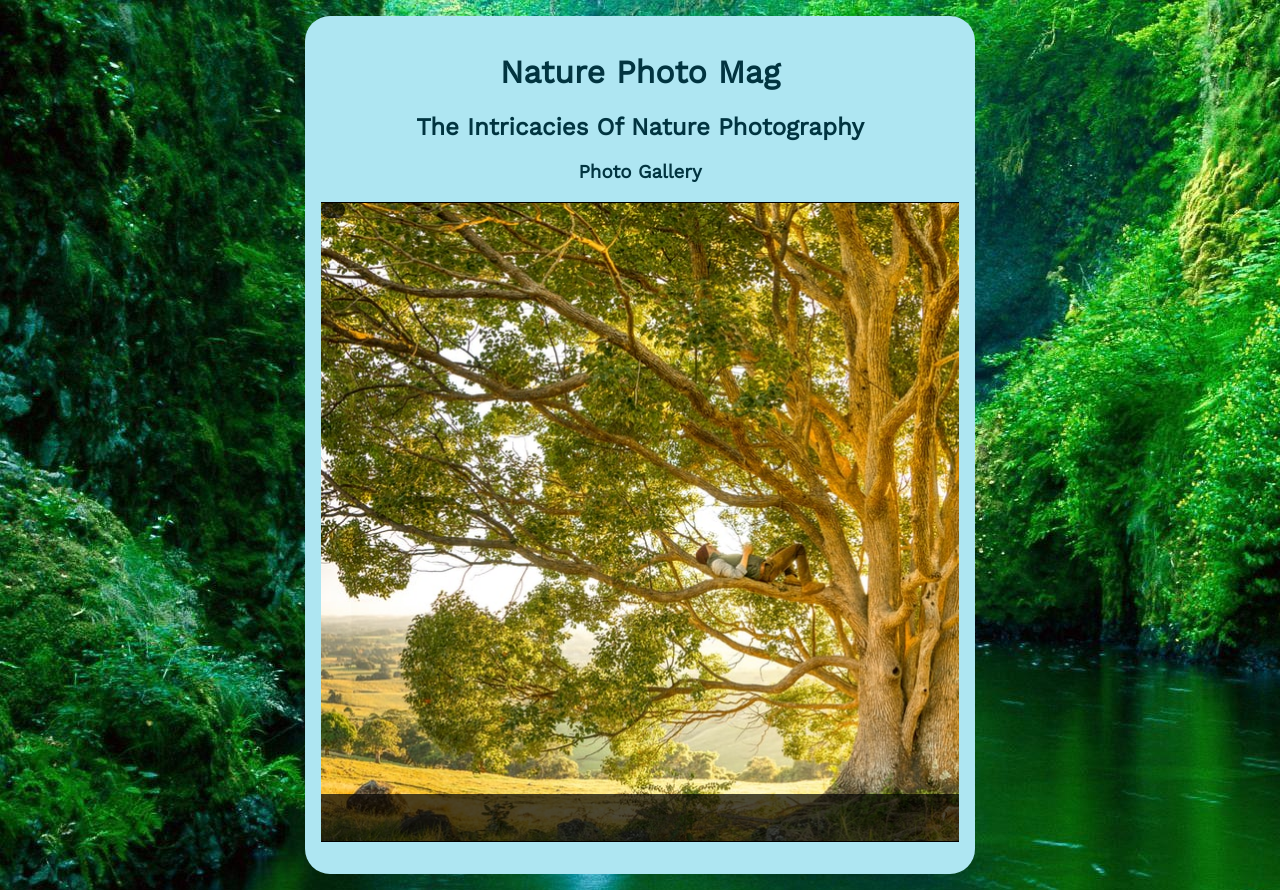
Repository: alexmaddux99/Image-Gallery
Page: index.html
An editor plug-in stored every save of this project. The page is shown before and after the next save, followed by the edit.
The browser window is 1280 px wide. The pictures show the whole page.
Backgrounds fixed to the window are drawn as part of the page.

Above is the page before, as saved 2022-03-10 12:22:37.
Console error: ReferenceError: numb1 is not defined

### index.html
<!DOCTYPE html>
<html lang="en">
<head>
  <meta charset="UTF-8">
  <meta http-equiv="X-UA-Compatible" content="IE=edge">
  <meta name="viewport" content="width=device-width, initial-scale=1.0">
  <title>Nature Photo Mag - The Intricacies Of Nature Photography - Photo Gallery</title>
  <link rel="stylesheet" href="css/main.css">
  <script  src="js/main.js" defer></script>

</head>
<body>

<div class="content">
<h1>Nature Photo Mag</h1>
<h2>The Intricacies Of Nature Photography</h2>
<section>
  <h3>Photo Gallery</h3>

  <figure class="frame">
    <img class="slide current" src="images/1.jpg" alt="Man Sleeping In Tree" numb="1/10">
    <img class="slide" src="images/2.jpg" alt="Sun Peeking Through Trees" numb="2/10">
    <img class="slide" src="images/3.jpg" alt="Couple Looking At Mountain Overlooking Lake">
    <img class="slide" src="images/4.jpg" alt="Northern Lights">
    <img class="slide" src="images/5.jpg" alt="Storm On The Coast">
    <img class="slide" src="images/6.jpg" alt="Mountain Overlooking house">
    <img class="slide" src="images/7.jpg" alt="Aerial Shot of Antartic Landscape">
    <img class="slide" src="images/8.jpg" alt="Close Up Of Crystal">
    <img class="slide" src="images/9.jpg" alt="Aerial Shot Of Remote Landscape">
    <img class="slide" src="images/10.jpg" alt="Aerial Shot Overlooking Ice Berg">



    <figcaption class="caption"></figcaption>

    <div class="numb1"></div>
  </figure>

  <div class="controls">
    <a href="#" class="back-btn">Back</a>
    <a href="#" class="next-btn">Next</a>
  </div>

</section>
</div>

</body>
</html>

### css/main.css
@import url('https://fonts.googleapis.com/css2?family=Lora&family=Work+Sans&display=swap');

* {
  box-sizing:border-box;
}



body {
  color: #013440;
  text-align:center;
  background-image: url(../images/background.jpg);
  background-attachment: fixed;
}

h1, h2, h3{

  font-family: 'Work Sans', sans-serif;

}

section {
  min-height: max-content;
  width: 100%;
  margin: auto;
}

.frame {
  background-color: black;
  position:relative;
  max-width:640px;
  width: 100%;
  height:640px;
  margin: 1rem auto;

}

.slide {
  object-fit: contain;
  width: 100%;
  height: 100%;
  display:block;
  margin-bottom: 2rem;
}


.hide {
  opacity: 0;
  transition: opacity .5s ease-out;
}


.current {
  transition: opacity .5s ease-out;
}


.abs-pos {
  position: absolute;
}

.caption {
  font-family: 'Lora', serif;
  position: absolute;
  z-index: 3;
  color: #fff;
  background: rgba(0, 0, 0, .7);
  bottom: 0;
  width: 100%;
  height: 1rem;
  padding: 1rem 1rem 2rem 1rem;
}

.controls {
  font-family: 'Lora', serif;
  display: none;
}

.content{
  margin: 1rem;
  padding: 1rem;
  background-color: #AEE6F2;
  border-radius: 25px;
}

.numb1{
  padding: 1rem;
  border-radius: 25px;
  background: rgba(0, 0, 0, .7);
  color: #f2f2f2;
  font-size: 12px;
  padding: 8px 12px;
  position: absolute;
  top: 0;
}

@media only screen and (min-width: 768px) {
  .content{
      margin-left: auto;
      margin-right: auto;
      align-content: center;
      max-width: 670px;
  }
  }

### js/main.js
document.addEventListener('DOMContentLoaded', init);
var myInterval = "";

function init() {
  //create shortcut vars
  const back_btn = document.querySelector(".back-btn");
  const next_btn = document.querySelector(".next-btn");
  const frame = document.querySelector(".frame");
  const slides = frame.querySelectorAll("img");
  const caption = document.querySelector(".caption");
  const controls = document.querySelector(".controls");


  //with JS active, hide all images
  slides.forEach((slide) => {
    slide.classList.add("hide", "abs-pos");
  });

  // show the first slide
  slides[0].classList.remove("hide");

  //make the controls work
   next_btn.addEventListener("click",changeSlide);
   back_btn.addEventListener("click", changeSlide);

   // set the caption dynamically
   numb1.innerHTML = figure.firstElementChild.numb;

   //show the controls
   controls.style.display = "block";

   myInterval = setInterval(changeSlide, 5000);
}



function changeSlide(e) {

    // stop link from trying to reload page
    if(e) {
      e.preventDefault();
      clearInterval(myInterval);
    }

    //shortcut vars
    const frame = document.querySelector(".frame");
    const slides = frame.querySelectorAll("img");
    const caption = document.querySelector(".caption");
    const numb1 = document.querySelector(".numb1")
    let showing = document.querySelector(".current");
    let nextUp = "";

    if(!e || e.target.className == 'next-btn') {
      nextUp = showing.nextElementSibling;
    }else{
      nextUp = showing.previousElementSibling;
    }


    // deactivate current image
    showing.classList.toggle("hide");
    showing.classList.toggle("current");

    //make sure next image is there
    if (!nextUp) {
      nextUp = slides[slides.length - 1];
    }

    if (nextUp.nodeName !== "IMG") {
      nextUp = slides[0];
    }

    // activate next image
    nextUp.classList.toggle("hide");
    nextUp.classList.toggle("current");

    //change caption text
    caption.innerHTML = nextUp.alt;

    numb1.innerHTML = nextUp.numb;
  }

After the next save:
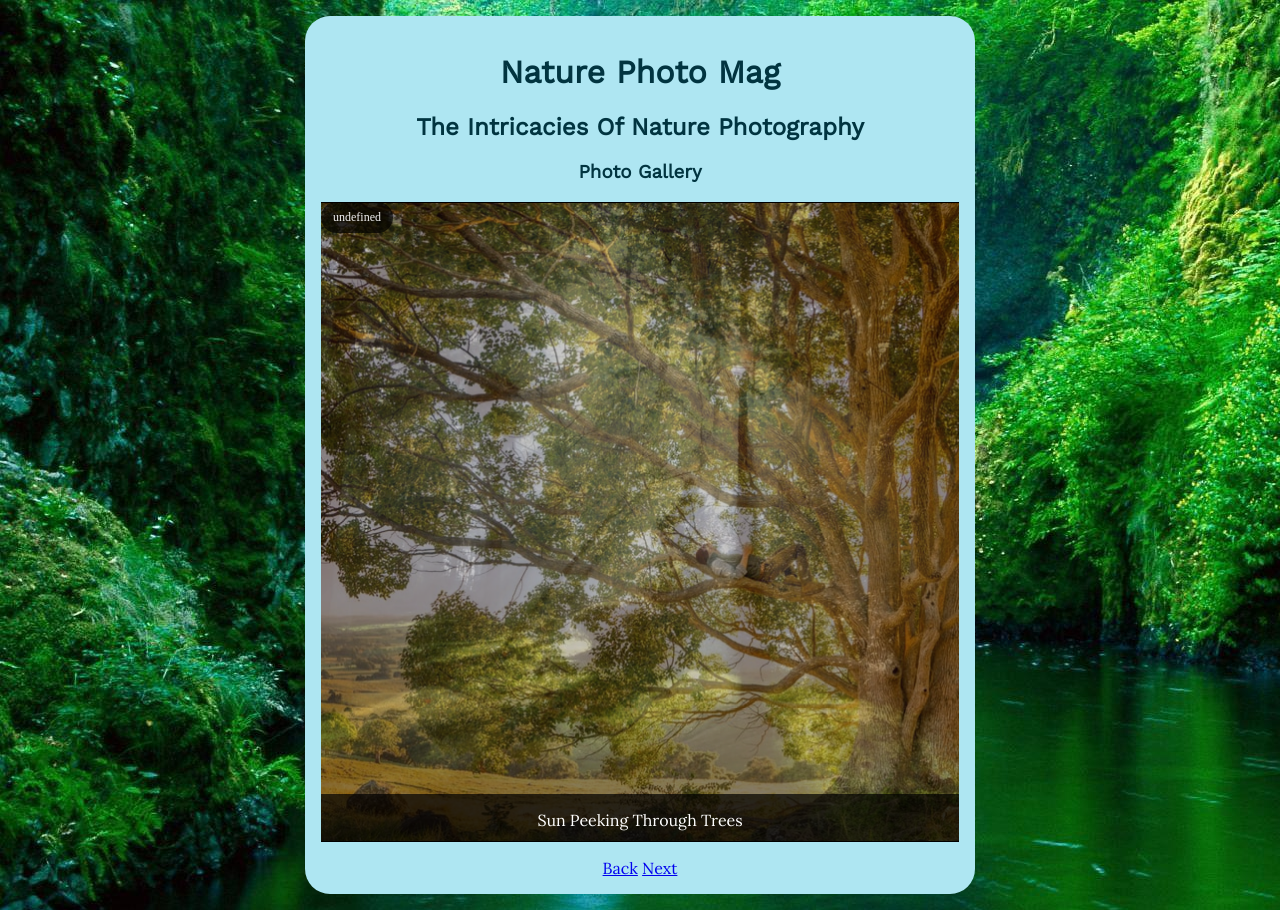
The error is gone.
Saved 26 s later.
--- a/js/main.js
+++ b/js/main.js
@@ -24,7 +24,7 @@ function init() {
    back_btn.addEventListener("click", changeSlide);
 
    // set the caption dynamically
-   numb1.innerHTML = figure.firstElementChild.numb;
+   caption.innerHTML = frame.firstElementChild.alt;
 
    //show the controls
    controls.style.display = "block";
